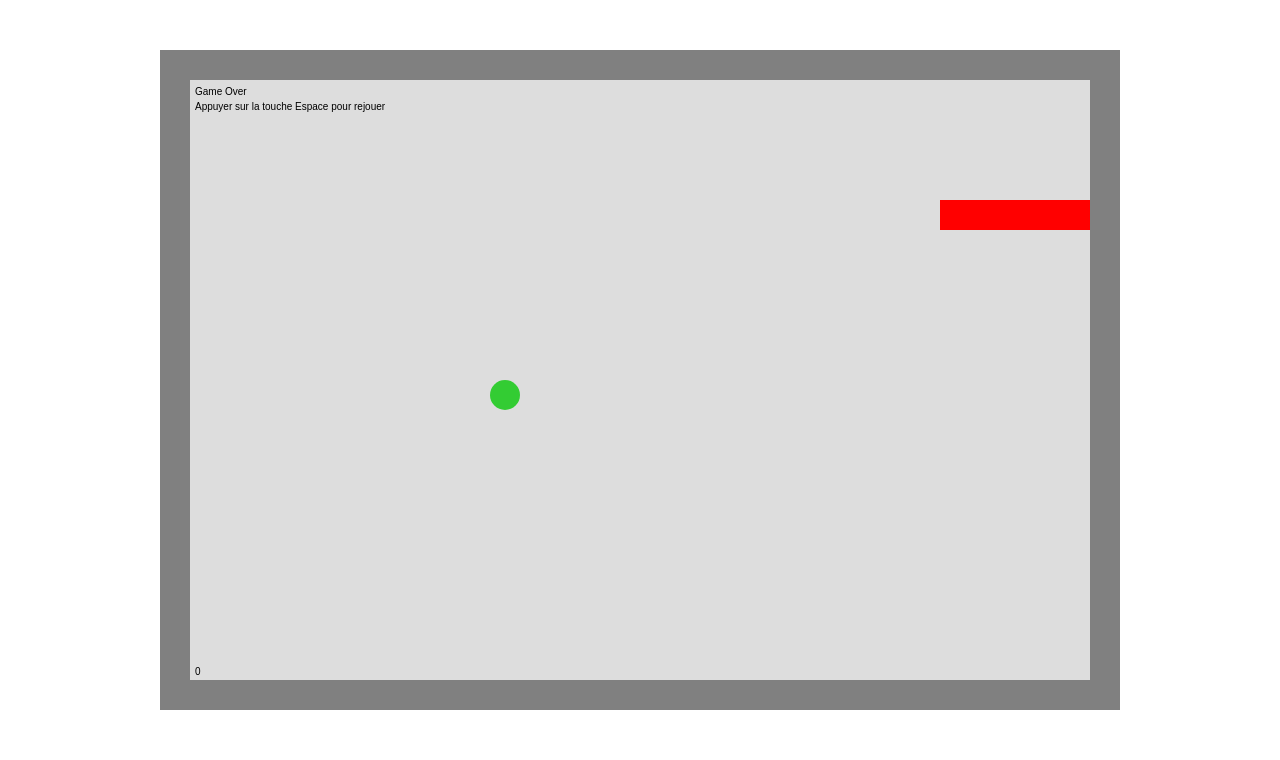
Repository: laben35/snake
Page: index.html
An editor plug-in stored every save of this project. The page is shown before and after the next save, followed by the edit.
The browser window is 1280 px wide. The pictures show the whole page.

Above is the page before, as saved 2019-12-08 18:52:50.

### index.html
<!DOCTYPE html>
<html lang="en">
<head>
    <meta charset="UTF-8">
    <meta name="viewport" content="width=device-width, initial-scale=1.0">
    <meta http-equiv="X-UA-Compatible" content="ie=edge">
    <title>The snake game</title>
    <script src="script.js"></script>
</head>
<body>

</body>
</html>

### script.js
window.onload = function()
{
    var canvasWidth = 900;
    var canvasHeight = 600;
    var blockSize = 30;
    var ctx;
    var delay = 150;   // si j'augmente le délai de rafraichissement du canvas,  le serpent avance moins vite, comme ça il se rafraichit une fois toutes les secondes et non toutes les dixièmes de secondes
    var snakee;
    var applee;
    var widthInBlocks = canvasWidth/blockSize;  //la largeur en terme de block sera la largeur divisée par la taille du bloc c'est à dire, la largeur est de 900px et la taille du bloc (blockSize) est de 30px ==> notre largeur en terme de blocks sera de 30px var 30*30=900
    var heightInBocks = canvasHeight/blockSize; //600/30 = 20
    var score;

    init();

    function init()
    {
            var canvas = document.createElement('canvas');  //Canvas élément HTML qui permet de dessiner notre page HTML
            canvas.width = canvasWidth;
            canvas.height = canvasHeight;
            canvas.style.border = "30px solid gray";
            canvas.style.margin = "50px auto";
            canvas.style.display = "block";
            canvas.style.backgroundColor = "#ddd";
            document.body.appendChild(canvas);
            ctx = canvas.getContext('2d');
            snakee = new Snake( [[6,4], [5,4], [4,4], [3,4], [2,4]], "right");
            applee = new Apple([10,10]);
            score = 0;
            refreshCanvas();
    }

    //fonction qui rafraichit le canvas
    function refreshCanvas()
    {
        snakee.advance();
        if(snakee.checkCollision())
        {
            gameOver();
        }
        else
        {
            if(snakee.isEatingApple(applee))         // Condition est-ce que le serpent a mangé un fruit
            {
                score++;
                snakee.ateApple = true;   //le serpent a bien mangé un fruit
                do
                {
                    applee.setNewPosition();     //Le serpent a mangé un fruit donc on va replacer le fruit à un autre endroit d'où la nouvelle méthode: setNewPosition()
                }
                while(applee.isOnSnake(snakee))

            }
            ctx.clearRect(0,0,canvasWidth, canvasHeight);
            snakee.draw();
            applee.draw();
            drawScore();
            setTimeout(refreshCanvas, delay);
        }
    }

    function gameOver()  //Je souhaite que cette fonction écrive GameOver à chaque fois que le serpent rencontre un mur ou lui-même
    {
        ctx.save();   //permet d'enregistrer les paramètre de configuration du contexte du combat cad de le retrouver comme avant
        ctx.fillText("Game Over", 5, 15);
        ctx.fillText("Appuyer sur la touche Espace pour rejouer", 5, 30);
        ctx.restore();
    }

    function restart()
    {
        snakee = new Snake( [[6,4], [5,4], [4,4], [3,4], [2,4]], "right");
        applee = new Apple([10,10]);
        score = 0;
        refreshCanvas();
    }

    function drawScore()   //fonction qui permet d'afficher le score à l'écran
    {
        ctx.save();
        ctx.fillText(score.toString(), 5, canvasHeight - 5);
        ctx.restore();
    }

    function drawBlock(ctx, position)
    {
        var x = position[0] * blockSize;
        var y = position[1] * blockSize;
        ctx.fillRect(x,y, blockSize, blockSize);
    }

    //Le constructeur
    function Snake(body, direction)
    {
        this.body = body;
        this.direction = direction;
        this.ateApple = false;      //Pour savoir si mon serpent a mangé un fruit pour le faire grandir  ==> ajout de cette propriété...
        this.draw = function()
        {
            ctx.save();
            ctx.fillStyle = "#ff0000";
            for(var i = 0; i < this.body.length; i++)
           {
               drawBlock(ctx, this.body[i]);
           }
           ctx.restore();
        };
        this.advance = function()
        {
            var nextPosition = this.body[0].slice();
            switch(this.direction)
            {
                case "left":
                    nextPosition[0] -= 1;    //ici c'est la position du x
                    break;
                case "right":
                    nextPosition[0] += 1;
                    break;
                case "down":
                    nextPosition[1] += 1;   //ici c'est la position du y
                    break;
                case "up":
                    nextPosition[1] -= 1;
                    break;
                default:
                    throw("Invalid Direction");
            }
            this.body.unshift(nextPosition);
            if(!this.ateApple)
                this.body.pop();  // Le serpent a mangé un fruit. Ici le pop me permets d'enlever le dernier bloc cad on avançait la tête d'une position et on supprimait la dernière donc mon serpent restait à la même taille
            else
                  this.ateApple = false;
        };
        this.setDirection = function(newDirection)
        {
            var allowedDirections;
            switch(this.direction)
            {
                case "left":
                case "right":
                    allowedDirections = ["up", "down"];
                    break;
                case "down":
                case "up":
                    allowedDirections = ["left", "right"];
                    break;
                default:
                    throw("Invalid Direction");
            }
            if(allowedDirections.indexOf(newDirection) > -1)   //Si c'est >-1 alors ma nouvelle direction est permise
            {
                this.direction = newDirection;
            }
        };
        this.checkCollision = function()   //Fonction pour délimiter l'espace du serpent ==> pour ne pas qu'il sorte du canvas sinon game over
        {
            var wallCollision = false;  //si le serpent rentre dans le mur ==> les limites du canvas
            var snakeCollision = false; //si le serpent rentre sur lui-même
            var head =  this.body[0];   // c'est la tête qui prend la collision donc c'est cette partie que l'on vérifie
            var rest = this.body.slice(1);      //rest du corps du serpent en utilisant la fonction slice et autant qu'il passe sur la valeur 0 et va nous copier tout le reste dans ce array rest.
            var snakeX = head[0];
            var snakeY = head[1];
            var minX = 0;
            var minY = 0;
            var maxX = widthInBlocks - 1;
            var maxY = heightInBocks - 1;
            var isNotBetweenHorizontalWalls = snakeX < minX || snakeX > maxX;
            var isNotBetweenVerticalWalls = snakeY < minY || snakeY > maxY;

            if(isNotBetweenHorizontalWalls || isNotBetweenVerticalWalls)
            {
                wallCollision = true;
            }

            for(var i = 0; i < rest.length; i++)
            {
                if(snakeX === rest[i][0] && snakeY === rest[i][1])  //je vérifie si la tête du serpent est sur l'élément 0 ==>[i] et son X à lui [0] et je vérifie si la tête snakeX et l"élément du corps rest[i][0] ont le même X et le même Y ce qui voudrait dire que la tête du serpent est sur la même X qu'une des case du reste du serpent
                {
                    snakeCollision = true;
                }
            }
            return wallCollision || snakeCollision;
        };
        this.isEatingApple = function(appleToEat)
        {
            var head = this.body[0];  //Je déclare une variable et là, je vérifie si le X de la tête cad le head[0] est égale au corps à la place 0 c'est le 1er élément du corps de mon serpent
            if(head[0] === appleToEat.position[0] && head[1] === appleToEat.position[1])
            {
                return true;  //si cette condition est vrai, le serpent a mangé le fruit sinon rien
            }
            else
                return false;
        };
    }

    function Apple(position)
    {
        this.position = position;
        this.draw = function()
        {
            ctx.save();
            ctx.fillStyle = "#33cc33";   // couleur de la pomme
            ctx.beginPath();    //dessin de la pomme qui est ronde donc on utilise radius
            var radius = blockSize/2;
            var x = this.position[0]*blockSize + radius;
            var y = this.position[1]*blockSize + radius;
            ctx.arc(x,y, radius, 0, Math.PI*2, true);    //Dessin du cercle
            ctx.fill();
            ctx.restore();
        };
        this.setNewPosition = function()   //Je veux que cette méthode soit aléatoire donc un endroit au hasard dans mon canvas
        {
            var newx = Math.round(Math.random() * (widthInBlocks - 1));
            var newY = Math.round(Math.random() * (heightInBocks - 1));
            this.position = [newx, newY];
        };
        this.isOnSnake = function(snakeToCheck)          //métohde qui vérifie si le fruit est sur le serpent puisque sa position est aléatoire
        {
            var isOnSnake = false;

            for(var i = 0; i < snakeToCheck.body.length; i++ )  // Pour cette vérification, je fais une boucle et je passe sur chacun des blocks de mon serpent
            {
                if(this.position[0] === snakeToCheck.body[i][0] && this.position[1] === snakeToCheck.body[i][1])
                {
                   isOnSnake = true;
                }
            }
            return isOnSnake;
        };
    }

    document.onkeydown = function handleKeyDown(e)   //évènement
    {
        var key = e.keyCode;      //Nous donne le code de la touche qui a été appuyée
        var newDirection;        //nouvelle direction en fonction de la touche qui a été appuyée
        switch(key)             //swith sur la touche appuyée
        {
            case 37:   //flèche qui va à gauche
                newDirection = "left";
                break;
            case 38:   //flèche qui va en haut
                newDirection = "up";
                break;
            case 39:   //flèche qui va à droite
                newDirection = "right";
                break;
            case 40:    //flèche qui va en bas
                newDirection = "down";
                break;
            case 32:  //code de la touche Espace
                restart();
                return;
            default:
                return;
        }
        snakee.setDirection(newDirection);
    }

}

After the next save:
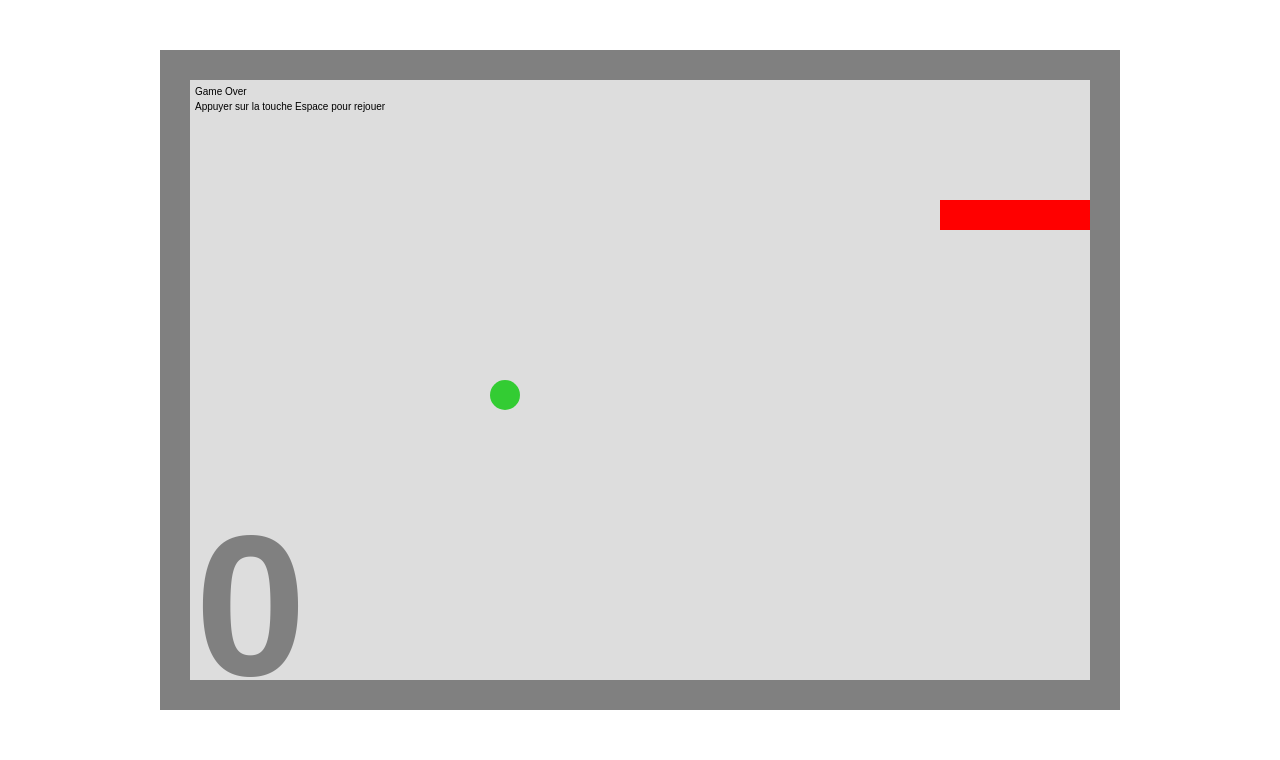
Saved 2 min 43 s later.
--- a/script.js
+++ b/script.js
@@ -78,6 +78,9 @@ window.onload = function()
     function drawScore()   //fonction qui permet d'afficher le score à l'écran
     {
         ctx.save();
+        ctx.font = "bold 200px sans-serif";
+        ctx.fillStyle = "gray";
+        ctx.text
         ctx.fillText(score.toString(), 5, canvasHeight - 5);
         ctx.restore();
     }
